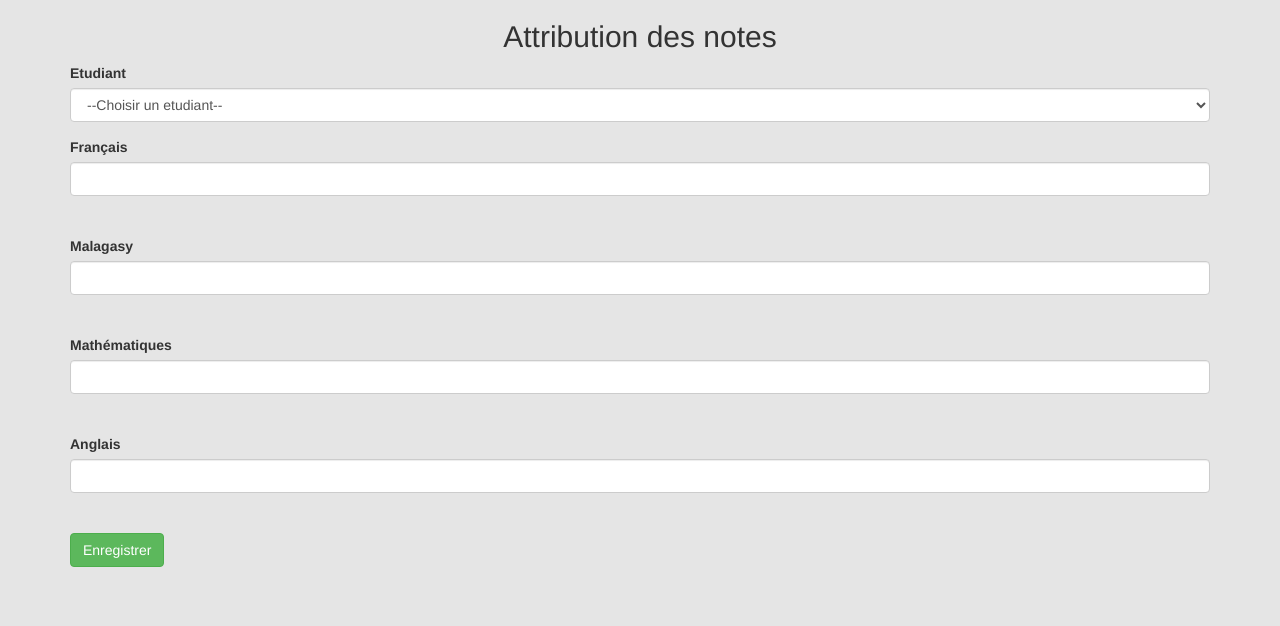
Repository: mitantsoa1/CRUD-note
Page: http://localhost/note
An editor plug-in stored every save of this project. The page is shown before and after the next save, followed by the edit.
The browser window is 1280 px wide. The pictures show the whole page.
The page is run by PHP 8.4 with error messages shown; the project is at /var/www/html/. The database holds what the project's SQL file puts in it.

Above is the page before, as saved 2021-02-12 13:38:44.
Console error: SyntaxError: Unexpected token '<'

### index.php
<?php

require_once ("Controls/Controllers.class.php");
// require_once ("Models/Database.class.php");
// Database::init("localhost","stage","root","");

if(isset($_GET['action'])){
    if(method_exists("Controllers",$_GET['action'])){
        $reflect = new ReflectionMethod("Controllers",$_GET['action']);
        $class = "Controllers";
        $reflect -> invoke(new $class);
    }else{
        Controllers::loadView("erreur.php");
    }
}else{
    Controllers::loadView("indexView.php");
}

?>

### Controls/Controllers.class.php
<?php
	class Controllers{

		public static function loadView($page){
			$page = htmlspecialchars(trim($page)) ;
			include("Views/".$page) ;
		}
		public function index(){
			Controllers::loadView("indexView");
		}
		// pour inclure les portions de page
		public static function includeTemplate($template)
		{
			$template = htmlspecialchars(trim($template));
			include "Views/template_parts/" . $template;
		}
		// inclure du JavaScript
		public static function includeJS($fields)
		{
			$script = "";
			for ($i = 0; $i < count($fields) - 1; $i++) {
				$code = htmlspecialchars(trim($fields[$i]));
				$script .= '<script src="Publics/js/' . $code . '.js"></script>' . "\n\t";
			}
			if ($i == count($fields) - 1) {
				$code = htmlspecialchars(trim($fields[count($fields) - 1]));
				$script .= '<script src="Publics/js/' . $code . '.js"></script>' . "\n";
			}
			echo $script;
		}
		// inclure du CSS
		public static function includeCSS($fields)
		{
			$css = "";
			for ($i = 0; $i < count($fields) - 1; $i++) {
				$code = htmlspecialchars(trim($fields[$i]));
				$css .= '<link rel="stylesheet" href="Publics/css/' . $code . '.css">' . "\n\t";
			}
			if ($i == count($fields) - 1) {
				$code = htmlspecialchars(trim($fields[count($fields) - 1]));
				$css .= '<link rel="stylesheet" href="Publics/css/' . $code . '.css">' . "\n";
			}
			echo $css;
		}

		public function note(){
			Controllers::loadView("note2.php");
		}
		public function matiere(){
			Controllers::loadView("matiere.php");
		}
	}

 ?>

### Views/note2.php
<!DOCTYPE html>
<html lang="en">
<head>
    <meta charset="UTF-8">
    <meta http-equiv="X-UA-Compatible" content="IE=edge">
    <meta name="viewport" content="width=device-width, initial-scale=1.0">
    <title>NOTE</title>
    <?php
Controllers::includeCSS(["all","bootstrap.min","sweetalert2.min","style","util"]);
?>
</head>
<body>
    <div class="container note-content">
        <h2 class="text-center">Attribution des notes</h2>
        <form action="" id="formulaire">

            <?php
                include('Models/Database.class.php');
                $db = new Database();
                $tab = $db->select("etudiant")
                            ->execute(null);
                echo "<div class='form-group'><label> Etudiant</label> <select id='select_etudiant_note' class='form-control'>
                 <option value='choisir' selected='selected'>--Choisir un etudiant--</option>";

                    for($i=0;$i<count($tab);$i++){
                        echo"
                            <option value='".$tab[$i]->id."'>".$tab[$i]->nom." ".$tab[$i]->prenom."</option>
                        ";
                    }

                echo "</select></div>";




            ?>
            <label for="">Français</label>
            <input type="number" id="fr" class="form-control"><br><br>
            <label for="">Malagasy</label>
            <input type="number" id="mal" class="form-control"><br><br>

            <label for="">Mathématiques</label>
            <input type="number" id="maths" class="form-control"><br><br>
            <label for="">Anglais</label>
            <input type="number" id="ang" class="form-control"><br><br>

                <a href="#" class="btn btn-success" id="b_note">Enregistrer</a>
                <a href="#" id="b_matiere_modif" class="hide btn btn-success">Modifier</a>
                <a href="#" id="b_matiere_annuler" class="hide btn btn-info hide">Annuler</a>


        </form>
        <br>
    </div>


 <?php
Controllers::includeJS(["jquery","bootstrap.min","all","sweetalert2.min","form-plugin","note2","function"]);
?>
</body>
</html>

### Models/Database.class.php
<?php
class Database{
	private $query,$nombreParam, $lastTable;
	private static $conn,$host,$base,$user,$pass,$port ;
		// bd = new PDO("mysql:host=localhost;dbname=nom","user","pass")
		// initialisation
	public static function init($hote,$base,$port,$user,$pass) {
		self::$host=htmlspecialchars(trim($hote)) ;
		self::$base=htmlspecialchars(trim($base)) ;
		self::$user=htmlspecialchars(trim($user)) ;
		self::$pass=htmlspecialchars(trim($pass)) ;

	}
	public static function db() {
		$options = array(PDO::MYSQL_ATTR_INIT_COMMAND => 'SET NAMES utf8',
);


		$url ="mysql:host=".self::$host.";port=".self::$port.";dbname=".self::$base;
		if(!isset(self::$conn)) {
			self::$conn = new PDO($url,self::$user,self::$pass,$options);
		}
		return self::$conn ;

	}
		// execution du requete
	public function execute($value=null) {

			// tester s'il y des trous dans les requetes
			// si c'est une requete de selection
		if (strpos($this->query,"SELECT")>-1) {

			if (strpos($this->query,"?")>-1 ){
				$req = self::db()->prepare($this->query) ;
				$req->execute($value) ;
			}
			else {
				$req = self::db()->query($this->query) ;
			}


			return $req->fetchAll(PDO::FETCH_OBJ);
		}
		else {
			if (strpos($this->query,"?")>-1 ){
				$req = self::db()->prepare($this->query) ;
				$req->execute($value) ;

			}
			else {
				self::db()->query($this->query) ;
			}


			return 0 ;
		}



	}
	public function getQuery() {
		echo $this->query ;
	}
	public function select($table){
		$table=htmlspecialchars(trim($table)) ;
		$this->query = "SELECT * FROM ".$table ;
		$this->lastTable =$table ;
		return $this ;
	}
	public function where($id,$operateur){
		$this->query .= " WHERE ".$id."".$operateur."?";

		return $this ;
	}
	public function et($id,$operateur) {
		$this->query .= " AND ".$id."".$operateur."?";

		return $this ;
	}
	public function ou($id,$operateur) {
		$this->query .= " OR ".$id."".$operateur."?";

		return $this ;
	}
		// insertion
	public function insert($table) {
		$this->query="INSERT INTO ".$table ;
		return $this ;
	}
	// mise à jours
	public function update($table) {
		$this->query="UPDATE ".$table ;
		return $this ;
	}
	public function parametters($fields) {
		if (strpos($this->query,"INSERT")>-1){
			// insertion
			$listeFields="(" ;
			$valeur="VALUES (" ;
			for ($i=0; $i <count($fields) ; $i++) {
				$listeFields.=$fields[$i]."," ;
				$valeur.="?," ;
			}

			$listeFields=trim($listeFields,",").")" ;

			$valeur=trim($valeur,",").")" ;
			$this->query.=" ".$listeFields ;
			$this->query.=" ".$valeur ;
		}
		else if (strpos($this->query,"UPDATE")>-1){
			$listeFields="SET " ;
			for ($i=0; $i <count($fields); $i++) {
				$listeFields.=$fields[$i]."=?," ;
			}
			$listeFields=trim($listeFields,",") ;
			$this->query.=" ".$listeFields ;
		}

		return $this ;
	}

		// suppréssion
	public function delete($table) {
		$table=htmlspecialchars(trim($table)) ;
		$this->query=" DELETE FROM ".$table;
		return $this ;
	}
	public function order($param) {
		$this->query.=" ORDER BY " ;
		$listeOrder="" ;
		foreach ($param as $key => $value) {
			$listeOrder.=$key. " ".$value."," ;
		}
		$listeOrder=trim($listeOrder,",") ;
		$this->query.=$listeOrder ;
		return $this ;
	}
	public function inner($table2,$id1) {
		$table2=htmlspecialchars(trim($table2)) ;
		$id1= htmlspecialchars(trim($id1)) ;

		$this->query.=" INNER JOIN ".$table2." ON ".$this->lastTable.".".$id1."=".$table2.".".$id1 ;
		$this->lastTable=$table2;
		return $this;
	}
	// inner join id différent
	public function innerD($table2,$id1,$id2) {
		$table2=htmlspecialchars(trim($table2)) ;
		$id1= htmlspecialchars(trim($id1)) ;

		$this->query.=" INNER JOIN ".$table2." ON ".$this->lastTable.".".$id1."=".$table2.".".$id2 ;
		$this->lastTable=$table2;
		return $this;
	}
	public function sum($table,$fields) {
		$fields = htmlspecialchars(trim($fields)) ;
		$table = htmlspecialchars(trim($table)) ;
		$this->query="SELECT SUM(".$fields.") AS somme FROM ".$table ;
		return $this ;
	}
	// selection avec paramètre
	public function selectParam($table,$listeFields) {
		$reqBase ="SELECT " ;
		for ($i=0; $i <count($listeFields) ; $i++) {
			$reqBase.=$listeFields[$i]."," ;
		}
		$this->query = trim($reqBase,",")." FROM ".$table;
		return $this ;


	}
	public function customSelect($requete) {
		$req = self::db()->query($requete) ;

		return $req->fetchAll(PDO::FETCH_OBJ);
	}

}
	Database::init("localhost","scolarite","3306","root","");

	//ALTER TABLE `note` ADD `francais` IF NOT EXISTS DOUBLE NOT NULL DEFAULT '0.0'
// $db = new Database();
//  $tab = $db->select("note")
//                     ->innerD("etudiant","id_etudiant","id")
// 					->et("note.id_etudiant","=")
// 					->getQuery();
?>

### Views/erreur.php
<!DOCTYPE html>
<html lang="fr">
<head>
    <meta charset="UTF-8">
    <meta name="viewport" content="width=device-width, initial-scale=1.0">
    <title>Page invalide</title>
</head>
<body>
    <h1>ERROR 404</h1>

        <p>Cette page n'est pas disponible</p>
</body>
</html>

### Controls/ajax.php
<?php
    include("../Models/Database.class.php");
    header('Content-type: application/json');
    $db = new Database();

    if(isset($_POST['data'])){
        $tab = $db->select("etudiant")
                ->execute();
        echo json_encode($tab);
    }

    if(isset($_POST['nom'])){
        $nom = htmlspecialchars(trim($_POST['nom']));
        $prenom = htmlspecialchars(trim($_POST['prenom']));
        $dtn = htmlspecialchars(trim($_POST['date_naissance']));
        $sexe = $_POST['sexe'];

        $db->insert("etudiant")
            ->parametters(["nom","prenom","date_de_naissance","sexe"])
            ->execute([$nom,$prenom,$dtn,$sexe]);
        echo json_encode("ok");
    }

    if(isset($_POST['id_effacer'])){
        $db->delete("etudiant")
            ->where("id","=")
            ->execute([$_POST['id_effacer']]);
        echo json_encode("effacer");
    }

    if(isset($_POST['id_modifier'])){
        $tab=$db->select("etudiant")
            ->where("id","=")
            ->execute([$_POST['id_modifier']]);
        echo json_encode($tab);
    }
    if(isset($_POST['nom_modif'])){
        $nom = htmlspecialchars(trim($_POST['nom_modif']));
        $prenom = htmlspecialchars(trim($_POST['prenom']));
        $dtn = htmlspecialchars(trim($_POST['date_naissance']));
        $sexe = $_POST['sexe'];
        $id = htmlspecialchars(trim($_POST["id"]));

        $db->update("etudiant")
            ->parametters(["nom","prenom","date_de_naissance","sexe"])
            ->where("id","=")
            ->execute([$nom,$prenom,$dtn,$sexe,$id]);
        echo json_encode("ok");
    }

    if(isset($_POST['etudiant'])){
        $tab=$db->select("etudiant")
                ->where("id","=")
                ->execute([$_POST['etudiant']]);
        echo json_encode($tab);
    }

    if(isset($_POST["affiche_matiere"])){
        $tab=$db->select("matiere")
                ->execute(null);
        echo json_encode($tab);
    }

    if(isset($_POST["nom_matiere"])){
        $matiere = htmlspecialchars(trim($_POST["nom_matiere"]));
        $tab=$db->select("matiere")
                ->where("nom_matiere","=")
                ->execute([$matiere]);

                if(count($tab)>0){
                    echo json_encode("non");
                }else{
                    $db->insert("matiere")
                        ->parametters(["nom_matiere"])
                        ->execute([$matiere]);
                        //APINA ALTER TABLE
                    echo json_encode("ok");
                }
    }

    if(isset($_POST['id_mat_effacer'])){
        $db->delete("matiere")
            ->where("id_matiere","=")
            ->execute([$_POST['id_mat_effacer']]);
        echo json_encode("effacer");
    }

    if(isset($_POST['id_mat_modifier'])){
        $tab=$db->select("matiere")
            ->where("id_matiere","=")
            ->execute([$_POST['id_mat_modifier']]);
        echo json_encode($tab);
    }
    if(isset($_POST['nom_mat_modif'])){
        $matiere = htmlspecialchars(trim($_POST['nom_mat_modif']));
        $id = htmlspecialchars(trim($_POST["id"]));

        $db->update("matiere")
            ->parametters(["nom_matiere"])
            ->where("id_matiere","=")
            ->execute([$matiere,$id]);
        echo json_encode("ok");
    }

    if(isset($_POST['affiche_note'])){
        $tab = $db->select("matiere")
                    ->execute(null);

        echo json_encode($tab);

    }

    if(isset($_POST['id_etudiant'])){
        $tab = $db->select("note")
                    ->innerD("etudiant","id_etudiant","id")
                    ->et("note.id_etudiant","=")
                    ->execute([$_POST['id_etudiant']]);

                    echo json_encode($tab);
    }

    if(isset($_POST['tosend'])){
        $fr=htmlspecialchars(trim($_POST['français'])) ;
        $en =htmlspecialchars(trim($_POST['english']));
        $maths =htmlspecialchars(trim( $_POST['mathematiques'])) ;
        $mal =htmlspecialchars(trim($_POST['Malagasy'])) ;

        $db->insert("note")
           ->parametters(["id_etudiant","francais","english","mathematiques","Malagasy"])
           ->execute([6,$fr,$en,$maths,$mal]);
    }

    if(isset($_POST['id_et'])){
        $fr=htmlspecialchars(trim($_POST['fr'])) ;
        $ang =htmlspecialchars(trim($_POST['ang']));
        $maths =htmlspecialchars(trim( $_POST['maths'])) ;
        $mal =htmlspecialchars(trim($_POST['mal'])) ;
        $id_et = $_POST['id_et'];
        $tab =$db->select("note")
                ->where("id_etudiant","=")
                ->execute([$id_et]);
        if(count($tab)>0){
            echo json_encode("erreur");
        }else{
            $db->insert("note")
                ->parametters(["id_etudiant","francais","anglais","mathematiques","Malagasy"])
                ->execute([$id_et,$fr,$ang,$maths,$mal]);
                echo json_encode("ok");
        }

    }

    if(isset($_POST['AllNote'])){
        $tab = $db->select("etudiant")
                    ->innerD("note","id","id_etudiant")
                    ->execute(null);
        echo json_encode($tab);
    }

?>

### Publics/css/style.css
body {
    margin: 0;
    padding: 0;
    background: rgba(0, 0, 0, .1);
}

.content {
    width: 50vw;
    min-width: 300px;
    background: white;
    padding: 10px 20px 0 !important;
    margin: 10px auto;
    border: white 1px solid !important;
    border-radius: 10px !important;
}

.content .titre {
    padding: 0;
    margin: 0;
}

.boutton {
    display: block;
    margin: 0 auto;
    width: 100px;
}

#btn_modification {
    margin-left: 30%;
}

.table_etudiant {
    position: relative;
    height: auto;
    max-height: 150px;
    overflow: auto;
}

.table_etudiant thead {
    position: sticky;
    top: 0;
    background: black;
    color: white;
}

### scolarite.sql (the tables this page reads)
CREATE TABLE IF NOT EXISTS `etudiant` (
  `id` int(11) NOT NULL AUTO_INCREMENT,
  `nom` varchar(255) NOT NULL,
  `prenom` varchar(255) NOT NULL,
  `date_de_naissance` date NOT NULL,
  `sexe` varchar(30) NOT NULL,
  PRIMARY KEY (`id`)
) ENGINE=MyISAM AUTO_INCREMENT=9 DEFAULT CHARSET=utf8;

INSERT INTO `etudiant` (`id`, `nom`, `prenom`, `date_de_naissance`, `sexe`) VALUES
(5, 'mitantsoa', 'mi', '2021-01-26', 'femme'),
(8, 'rabe', 'be', '2021-01-25', 'femme');

CREATE TABLE IF NOT EXISTS `matiere` (
  `id_matiere` int(11) NOT NULL AUTO_INCREMENT,
  `nom_matiere` varchar(255) NOT NULL,
  PRIMARY KEY (`id_matiere`)
) ENGINE=MyISAM AUTO_INCREMENT=8 DEFAULT CHARSET=utf8;

INSERT INTO `matiere` (`id_matiere`, `nom_matiere`) VALUES
(1, 'francais'),
(7, 'physique'),
(3, 'mathematiques'),
(6, 'Malagasy');

Loaded but not shown: Publics/css/all.css (library); Publics/css/bootstrap.min.css (library); Publics/css/sweetalert2.min.css (library); Publics/js/jquery.js (library); Publics/js/bootstrap.min.js (library); Publics/js/function.js (201 lines, source omitted); Publics/js/form-plugin.js (167 lines, source omitted); Publics/js/note2.js (57 lines, source omitted); Publics/css/util.css (9878 lines, source omitted)

After the next save:
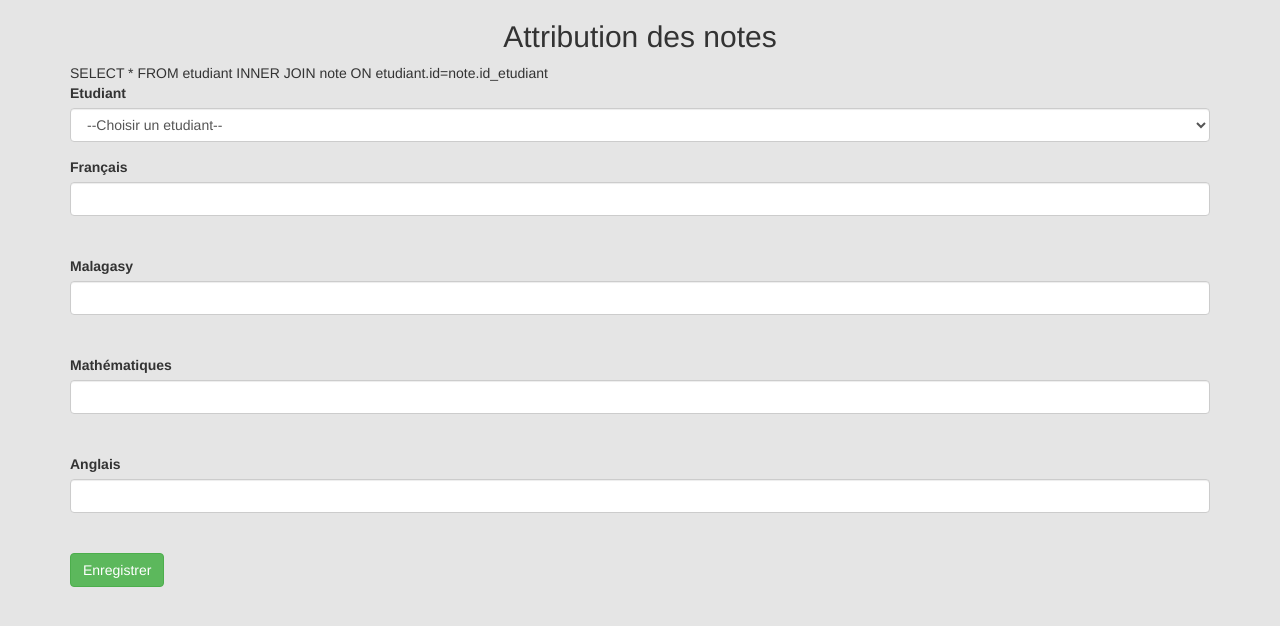
Saved 2 min 15 s later.
--- a/Models/Database.class.php
+++ b/Models/Database.class.php
@@ -180,9 +180,9 @@
 	Database::init("localhost","scolarite","3306","root","");
 
 	//ALTER TABLE `note` ADD `francais` IF NOT EXISTS DOUBLE NOT NULL DEFAULT '0.0'
-// $db = new Database();
+$db = new Database();
 //  $tab = $db->select("note")
-//                     ->innerD("etudiant","id_etudiant","id")
-// 					->et("note.id_etudiant","=")
-// 					->getQuery();
+                     $tab = $db->select("etudiant")
+                    ->innerD("note","id","id_etudiant")
+					->getQuery();
 ?>

After the save that followed:
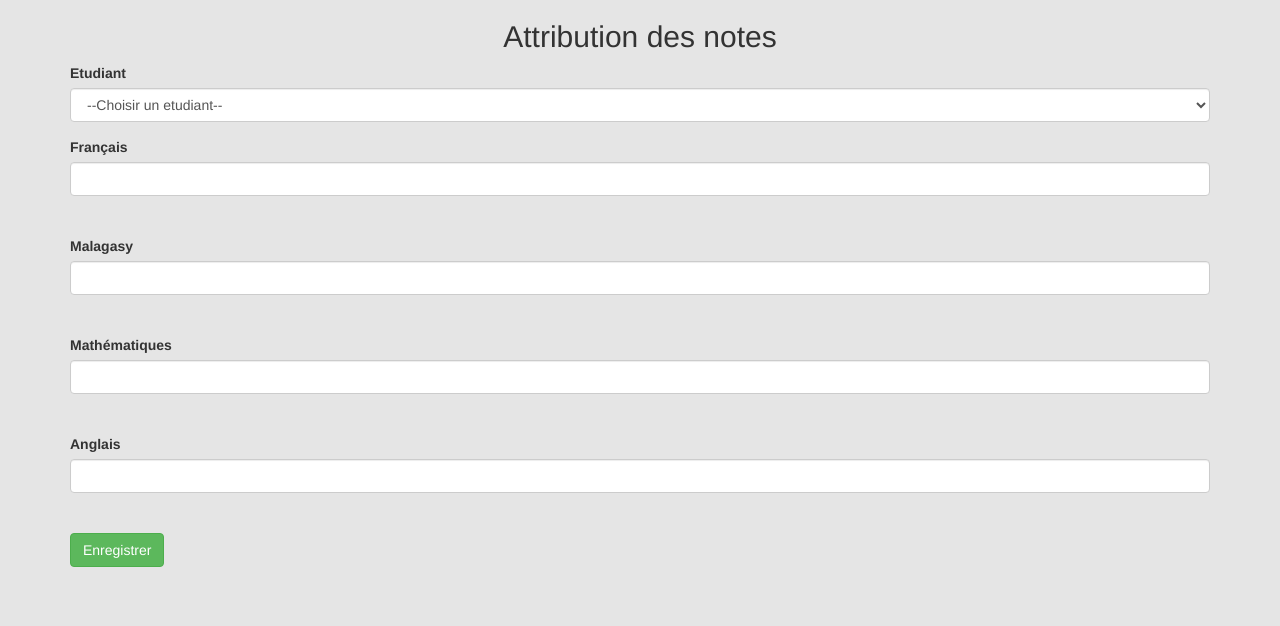
Saved 81 s later.
--- a/Models/Database.class.php
+++ b/Models/Database.class.php
@@ -180,9 +180,9 @@
 	Database::init("localhost","scolarite","3306","root","");
 
 	//ALTER TABLE `note` ADD `francais` IF NOT EXISTS DOUBLE NOT NULL DEFAULT '0.0'
-$db = new Database();
-//  $tab = $db->select("note")
-                     $tab = $db->select("etudiant")
-                    ->innerD("note","id","id_etudiant")
-					->getQuery();
+// $db = new Database();
+// //  $tab = $db->select("note")
+//                      $tab = $db->select("etudiant")
+//                     ->innerD("note","id","id_etudiant")
+// 					->getQuery();
 ?>
